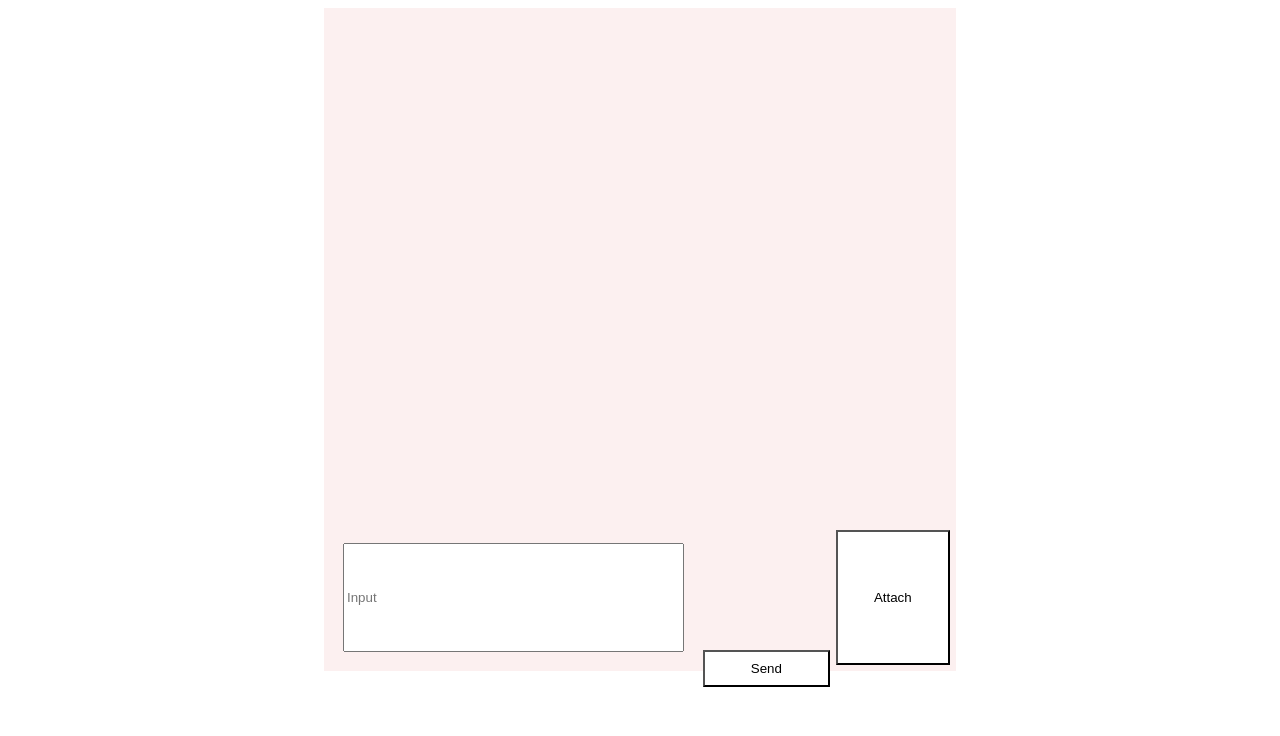
Repository: ddt2h/node-express-chat
Page: front/index.html
These files come from the project's save history. The page is drawn as it stood at one moment and after the next save; the edit follows.
The browser window is 1280 px wide. The pictures show the whole page.

Above is the page before, as saved 2024-07-05 15:07:16.

After the next save:
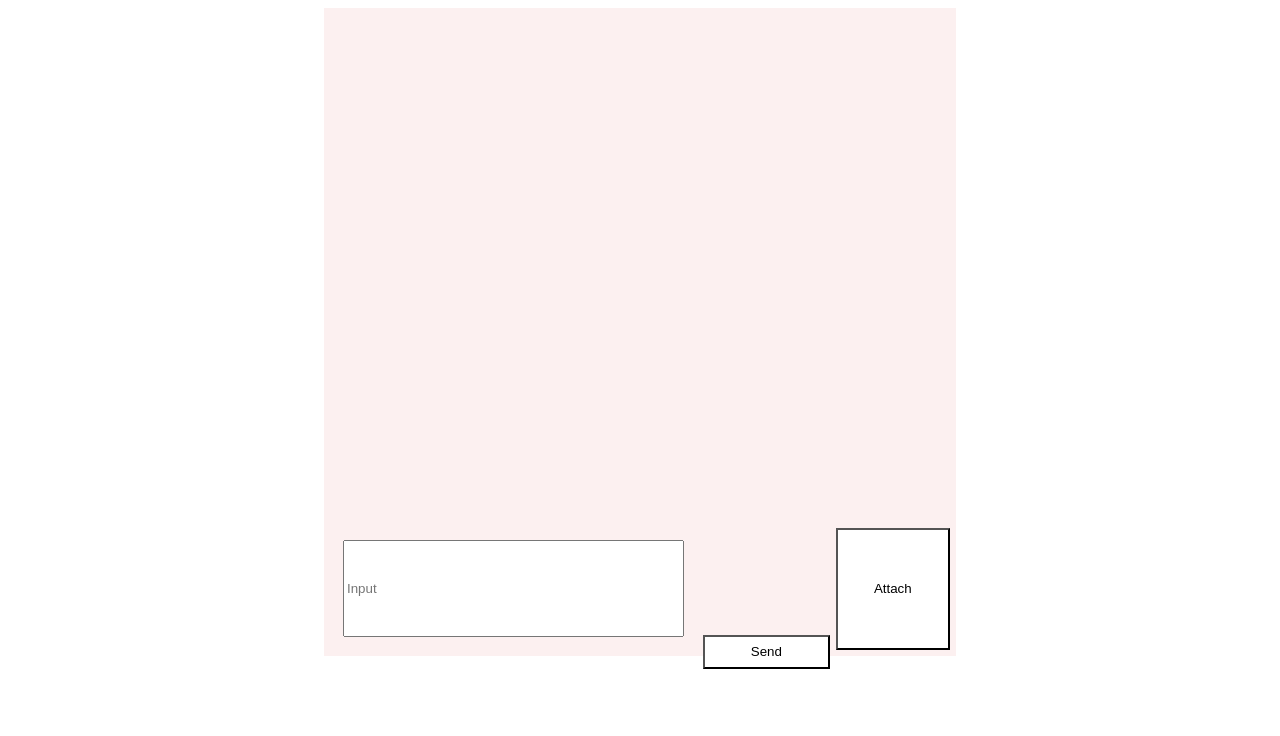
Saved 7 s later.
--- a/front/index.html
+++ b/front/index.html
@@ -30,7 +30,7 @@
         .mainframe-send {
             grid-area: 5 / 4 / 6 / 5;
             background-color: rgb(255, 255, 255);
-            margin-top: 100%;
+            margin-top: 90%;
             height: 25%;
         }
 
